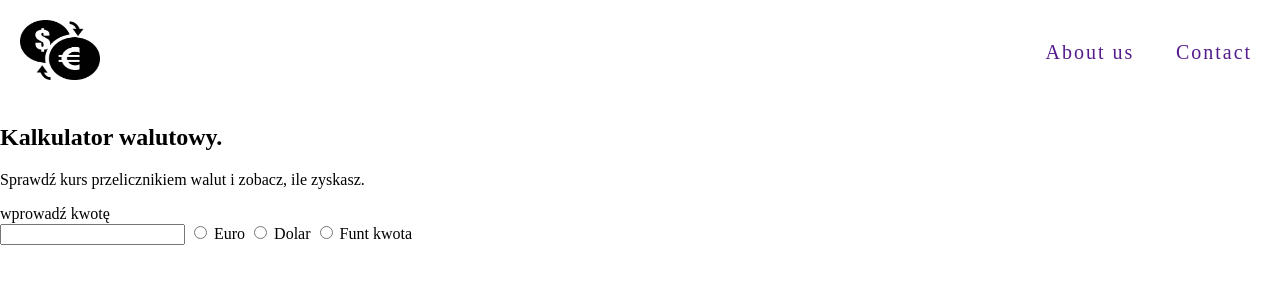
Repository: SebastianArmata22/Kalkulator-walut
Page: index.html
The author's editor kept a copy of each file at every save. The page is drawn from the files as they stood at one save, then again after the next save.
The browser window is 1280 px wide. The pictures show the whole page.

Above is the page before, as saved 2020-10-23 15:30:42.

### index.html
<!DOCTYPE html>

<html>
    <head>
        <meta charset="utf-8">
        <meta http-equiv="X-UA-Compatible" content="IE=edge">
        <title>Kalkulator walut</title>
        <meta name="description" content="">
        <meta name="viewport" content="width=device-width, initial-scale=1">
        <link rel="stylesheet" href="style.css">
    </head>
    <body>
        <nav>
            <div class="content"></div>
        <div class="menu-container">
            <div class="logo">
                <img src="./photos/logo.png">
            </div>
            <div class="menu">
                <ul>
                    <li><a href="">About us</a></li>
                    <li><a href="">Contact</a></li>
                </ul>
            </div>
        </div>
        </nav>
        <section>
            <div class="calculator-content">
            <div class="text">
                <h1>Kalkulator walutowy<span>.</span></h1>
                <p>Sprawdź kurs przelicznikiem walut i zobacz, ile zyskasz.</p>
            </div>
            <div class="calculator">
                <label for="inputNumber">wprowadź kwotę</label><br>
                <input type="number" id="inputNumber">
                <input type="radio" value="euro" id="inputEuro" name="money">
                <label for="inputEuro">Euro </label>
                <input type="radio" value="dolar" id="inputDolar" name="money">
                <label for="inputDolar">Dolar</label>
                <input type="radio" value="funt" id="inputFunt" name="money">
                <label for="inputFunt"> Funt</label>
                <label for="outputNumber"> kwota</label><br>
                <div id="outputNumber"></div>
            </div>
        </div>
        </section>
        <script src="script.js" ></script>
    </body>
</html>

### style.css
body{
    margin: 0;
    padding: 0;
    box-sizing: border-box;
}
.content{
width: 100%;
}
.menu-container{
    position: relative;
    display: flex;
    align-items: center;
}
.logo img{
    position: relative;
    top: 0;
    left: 0;
    height: 60px;
    width: 80px;
    padding: 20px;
}
.menu{

    position: absolute;
    right: 0;
    width: 300px;
}
.menu ul li{
    display: inline-flex;
    justify-content: space-around;
}
.menu ul li a{
    display: flex;
    text-decoration: none;
    height: 50px;
    width: 100px;
    justify-content: center;
    align-items: center;
    font-size: 20px;
    letter-spacing: 2px;
    margin-left: 20px;
}

.menu ul li a:hover{
    border-bottom: 5px solid #2980b9;
    margin-bottom: -5px;
    transition: all 0.3s ease-out;

}
.calculator-content{
    max-width: 800px;
}

Loaded but not shown: script.js (no copy from this time; the picture is the same without it)

After the next save:
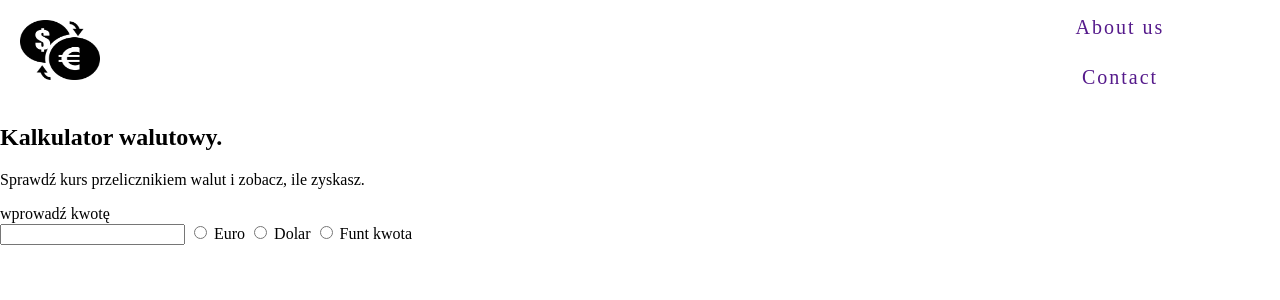
Saved 7 s later.
--- a/style.css
+++ b/style.css
@@ -38,7 +38,7 @@ width: 100%;
     align-items: center;
     font-size: 20px;
     letter-spacing: 2px;
-    margin-left: 20px;
+    margin-left: 50px;
 }
 
 .menu ul li a:hover{
